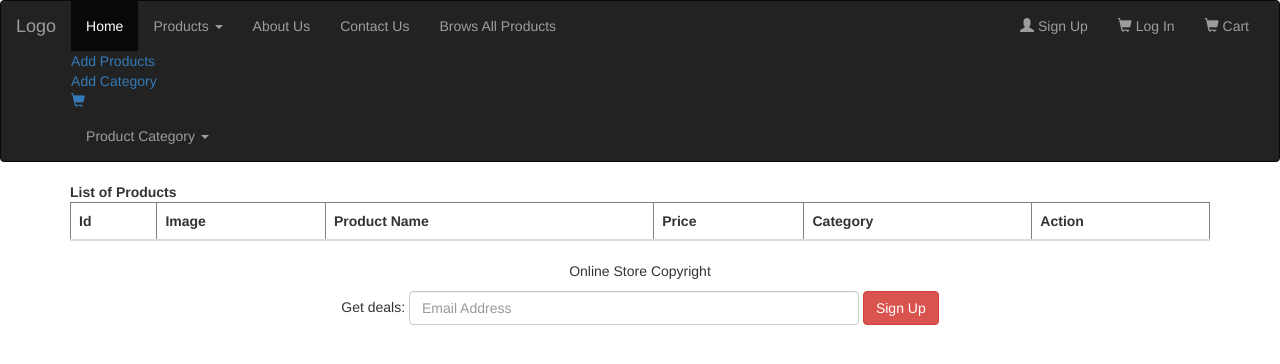
Repository: Binny16/-My-project
Page: http://localhost/online_shopping/WEB-INF/view/Listofproducts.jsp
An editor plug-in stored every save of this project. The page is shown before and after the next save, followed by the edit.
The browser window is 1280 px wide. The pictures show the whole page.
The page is served by Tomcat 9. Nobody is signed in. Other server files are loaded and not shown. The template is opened directly, without the code that normally fills it, so the values that code supplies are empty.

Above is the page before, as saved 2018-09-17 06:32:24.
Console error: TypeError: $(...).DataTable is not a function

### 18-9-2018/binny/online_shopping/src/main/webapp/WEB-INF/view/Listofproducts.jsp

<%@ page language="java" contentType="text/html; charset=ISO-8859-1"
	pageEncoding="ISO-8859-1"%>
<%@ include file="Header.jsp"%>
<!DOCTYPE html PUBLIC "-//W3C//DTD HTML 4.01 Transitional//EN" "http://www.w3.org/TR/html4/loose.dtd">
<html>
<head>
<meta http-equiv="Content-Type" content="text/html; charset=ISO-8859-1">
<title>list Of all products</title>
<script type="text/javascript">
$(document).ready(function(){
	var searchCondition='${searchCondition}'
	$('.table').DataTable({
		"lengthMenu":[[5,7,-1],[5,7,"All"]],
	    "oSearch" : {
		"sSearch" : searchCondition
		}
	})
})
</script>
</head>
<body>

	<div class="container">
		<b>List of Products</b>
		<table class="table table-striped" border="1">
			<thead>
				<tr>
					<th>Id</th>
					<th>Image</th>
					<th>Product Name</th>
					<th>Price</th>
					<th>Category</th>
					<th>Action</th>
				</tr>
			</thead>
			<tbody>
				<!-- For each object in the list, tr has to be repeated -->
				<!--  items refers to the collection of objects -->
				<!-- var is local variable ,takes objects one by one from the collection -->
				<c:forEach var="p" items="${productsList }">
					<tr >
						<td><a
							href="<c:url value='/all/getproduct/${p.id }'></c:url>">${p.id }</a></td>
							<td><img src="<c:url value="/resources/images/${p.id }.jpg"></c:url>"  width="50" height="50"></td></img>
						<td><a
							href="<c:url value='/all/getproduct/${p.id }'></c:url>">${p.productname }</a></td>
						<td>${p.price }</td>
						<td>${p.category.category_name }</td>
						<td>

						  <a href="<c:url value='/all/getproduct/${p.id }'></c:url>">
							<span
								class="glyphicon glyphicon-info-sign"></span></a>

								<security:authorize access="hasRole('ROLE_ADMIN')">
								<a href="<c:url value='/admin/deleteproduct/${p.id }'></c:url>"><span
								class="glyphicon glyphicon-trash"></span></a>

								<a href="<c:url value='/admin/getupdateform/${p.id }'></c:url>"><span
								class="glyphicon glyphicon-pencil"></span></a></td>
								 </security:authorize>


					</tr>
				</c:forEach>
			</tbody>
		</table>

	</div>
	<%@ include file="Footer.jsp"%>

</body>
</html>

### 18-9-2018/binny/online_shopping/src/main/webapp/WEB-INF/view/Header.jsp
<%@ page language="java" contentType="text/html; charset=ISO-8859-1"
    pageEncoding="ISO-8859-1"%>
<%@taglib prefix="c" uri="http://java.sun.com/jsp/jstl/core" %>
<!DOCTYPE html>
<html>
<head>
	<title>Online Shopping</title>

	<meta charset="utf-8">
  <meta name="viewport" content="width=device-width, initial-scale=1">
  <link rel="stylesheet" href="https://maxcdn.bootstrapcdn.com/bootstrap/3.3.7/css/bootstrap.min.css">
  <script src="https://ajax.googleapis.com/ajax/libs/jquery/3.3.1/jquery.min.js"></script>
  <script src="https://maxcdn.bootstrapcdn.com/bootstrap/3.3.7/js/bootstrap.min.js"></script>
</head>
<body>





<nav class="navbar navbar-inverse">
  <div class="container-fluid">
    <div class="navbar-header">
      <button type="button" class="navbar-toggle" data-toggle="collapse" data-target="#myNavbar">
        <span class="icon-bar"></span>
        <span class="icon-bar"></span>
        <span class="icon-bar"></span>
      </button>
      <a class="navbar-brand" href="#">Logo</a>
    </div>
    <div class="collapse navbar-collapse" id="myNavbar">
      <ul class="nav navbar-nav">
        <li class="active"><a href="${pageContext.request.contextPath}/">Home</a></li>
                <li class="dropdown">
        <a class="dropdown-toggle" data-toggle="dropdown" href="#">Products
        <span class="caret"></span></a>
        <ul class="dropdown-menu">
          <li><a href="${pageContext.request.contextPath}/wedding_wear">Wedding Wears</a></li>
          <li><a href="${pageContext.request.contextPath}/rings">Rings</a></li>
          <li><a href="${pageContext.request.contextPath}/earrings">Earrings</a></li>
          <li><a href="${pageContext.request.contextPath}/bangels">Bangels</a></li>
          <li><a href="${pageContext.request.contextPath}/necklace">Necklace</a></li>
        </ul>
      </li>

        <li><a href="${pageContext.request.contextPath}/aboutus">About Us</a></li>
        <li><a href="${pageContext.request.contextPath}/contact">Contact Us</a></li>
         <li><a href="${pageContext.request.contextPath}/all/getallproducts">Brows All Products</a></li>


          <security:authorize access="hasRole('ROLE_ADMIN')">
         <li><a href="${pageContext.request.contextPath}/admin/getproductform">Add Products</a></li>
          <li><a href="${pageContext.request.contextPath}/Category">Add Category</a></li>
         </security:authorize>

         <security:authorize access="hasRole('ROLE_USER')">
			   <li><a href="#"><span class="glyphicon glyphicon-shopping-cart"></span></a></li>
			   </security:authorize>





        <li class="dropdown">
        <a class="dropdown-toggle" data-toggle="dropdown" href="#">Product Category
        <span class="caret"></span></a>
        <ul class="dropdown-menu">

          <li><a href="${pageContext.request.contextPath}/Category">View Category</a></li>

        </ul>
      </li>
      </ul>
      <ul class="nav navbar-nav navbar-right">

         <c:if test="${pageContext.request.userPrincipal.name==null }">
        <li><a href="${pageContext.request.contextPath}/all/registrationform"><span class="glyphicon glyphicon-user"></span> Sign Up</a></li>
        <li><a href="${pageContext.request.contextPath}/login"><span class="glyphicon glyphicon-shopping-cart"></span> Log In</a></li>
        </c:if>

        <c:if test="${pageContext.request.userPrincipal.name!=null }">
				<li><a href="#">Welcome ${pageContext.request.userPrincipal.name }</a></li>
				<li><a href="<c:url value='/j_spring_security_logout'></c:url>">Log out</a></li>
			    </c:if>

        <li><a href="#"><span class="glyphicon glyphicon-shopping-cart"></span> Cart</a></li>
      </ul>
    </div>
  </div>
</nav>


</body>
</html>

### 18-9-2018/binny/online_shopping/src/main/webapp/WEB-INF/view/Footer.jsp
<%@ page language="java" contentType="text/html; charset=ISO-8859-1"
    pageEncoding="ISO-8859-1"%>
<!DOCTYPE html>
<html>
<head>
  <title>Online Shopping</title>

  <meta charset="utf-8">
  <meta name="viewport" content="width=device-width, initial-scale=1">
  <link rel="stylesheet" href="https://maxcdn.bootstrapcdn.com/bootstrap/3.3.7/css/bootstrap.min.css">
  <script src="https://ajax.googleapis.com/ajax/libs/jquery/3.3.1/jquery.min.js"></script>
  <script src="https://maxcdn.bootstrapcdn.com/bootstrap/3.3.7/js/bootstrap.min.js"></script>
</head>
<body>



<footer class="container-fluid text-center">
  <p>Online Store Copyright</p>
  <form class="form-inline">Get deals:
    <input type="email" class="form-control" size="50" placeholder="Email Address">
    <button type="button" class="btn btn-danger">Sign Up</button>
  </form>
</footer>

</body>
</html>

After the next save:
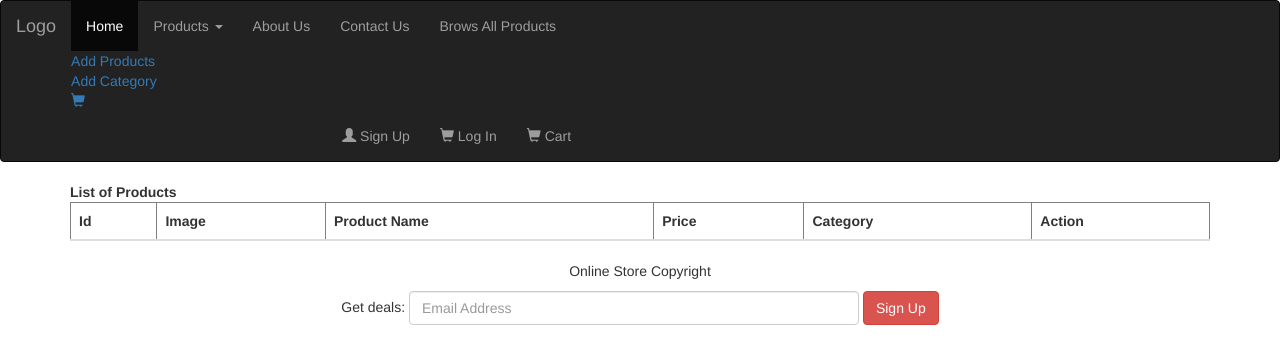
Saved 50 s later.
--- a/18-9-2018/binny/online_shopping/src/main/webapp/WEB-INF/view/Header.jsp
+++ b/18-9-2018/binny/online_shopping/src/main/webapp/WEB-INF/view/Header.jsp
@@ -61,16 +61,6 @@
 
 
 
-        <li class="dropdown">
-        <a class="dropdown-toggle" data-toggle="dropdown" href="#">Product Category
-        <span class="caret"></span></a>
-        <ul class="dropdown-menu">
-
-          <li><a href="${pageContext.request.contextPath}/Category">View Category</a></li>
-
-        </ul>
-      </li>
-      </ul>
       <ul class="nav navbar-nav navbar-right">
 
          <c:if test="${pageContext.request.userPrincipal.name==null }">
